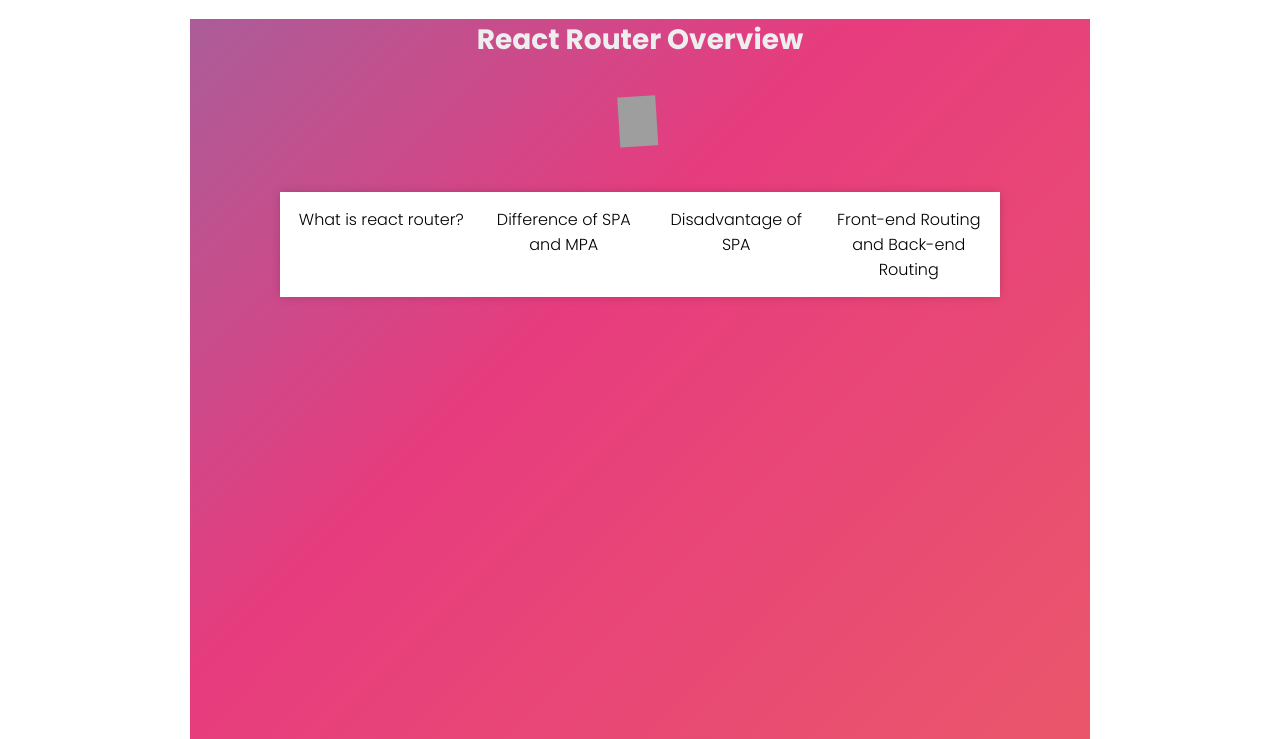
Repository: nguy3nds/2021-18-9-react
Page: /Why
The author's editor kept a copy of each file at every save. The page is drawn from the files as they stood at one save, then again after the next save.
The browser window is 1280 px wide. The pictures show the whole page.
Pictures or frames that could not be fetched are drawn as grey boxes. The project was rebuilt for these pictures with package versions that can differ from the ones it lists, and the page was loaded fresh each time. Also part of the build but not shown: src/components/What.js, src/components/Why.js, src/components/How.js, src/components/Tung.js.

Above is the page before, as saved 2021-09-20 08:44:27.

### src/App.js
import React from "react";
import { BrowserRouter as Router, Switch, Route, Link } from "react-router-dom";
import "./App.css";
import What from "./components/What.js";
import How from "./components/Why";
import Why from "./components/How";
import Tung from "./components/Tung";

import styled, { keyframes } from "styled-components";
const logo =
  "https://lh6.googleusercontent.com/m9VlRb9FHZcqWTBz0msD2FZGpSQs84aAOwwniApLbL1oZWSDJsg4opq2uc81QzPWDtx5QJ2DeO12CFeol6vqJXcSOyp10LGoOW3K_wXIp3UDuQt1XhXE5KeUC8Epkj2hO51asKYe";

export default function App() {
  return (
    <Router>
      <DivContainer>
        <h1>React Router Overview</h1>
        <Rotate>
          <img
            src={logo}
            className="App-logo"
            alt="logo"
            style={{ width: "50px" }}
          />
        </Rotate>
        <nav>
          <ul className="menu">
            <li className="menu-item has-child">
              <Link to="/Nguyen">What is react router?</Link>
            </li>
            <li className="menu-item has-child">
              <Link to="/Mai">Difference of SPA and MPA</Link>
            </li>
            <li className="menu-item has-child">
              <Link to="/Nam">Disadvantage of SPA</Link>
            </li>
            <li className="menu-item has-child">
              <Link to="/Tung">Front-end Routing and Back-end Routing</Link>
            </li>
          </ul>
        </nav>

        <Switch>
          <Route path="/Nguyen">
            <What />
          </Route>
          <Route path="/Mai">
            <Why />
          </Route>
          <Route path="/Nam">
            <How />
          </Route>
          <Route path="/Tung">
            <Tung />
          </Route>
        </Switch>
      </DivContainer>
    </Router>
  );
}

const gradient = keyframes`
	0% {
		background-position: 0% 50%;
	}
	50% {
		background-position: 100% 50%;
	}
	100% {
		background-position: 0% 50%;
	}
`;

const DivContainer = styled.div`
  margin: 0 auto;
  padding-top: 0;
  text-align: center;
  min-height: 100vh;
  color: #eee;
  background: linear-gradient(-45deg, #ee7752, #e73c7e, #23a6d5, #23d5ab);
  background-size: 400% 400%;
  animation: ${gradient} 15s ease infinite;
  padding-bottom: 100px;
`;

const rotate360 = keyframes`
  from {
    transform: rotate(0deg);
  }

  to {
    transform: rotate(360deg);
  }
`;

const Rotate = styled.div`
  display: inline-block;
  animation: ${rotate360} 2s linear infinite;
  padding: 2rem 1rem;
  font-size: 1.2rem;
`;

### src/App.css
@import url("https://fonts.googleapis.com/css2?family=Poppins:wght@300;400;600;700&display=swap");
:root {
  --primary: #08aeea;
  --secondary: #13d2b8;
  --purple: #bd93f9;
  --pink: #ff6bcb;
  --blue: #8be9fd;
  --gray: #333;
  --font: "Poppins", sans-serif;
  --gradient: linear-gradient(40deg, #ff6ec4, #7873f5);
  --shadow: 0 0 15px 0 rgba(0, 0, 0, 0.05);
}
*,
*:before,
*:after {
  box-sizing: border-box;
}
html {
  font-size: 62.5%;
  text-align: center;
}

body {
  font-family: var(--font);
  font-size: 1.4rem;
  overflow-x: hidden;
  font-weight: 300;
  width: 900px;
  margin: 0 auto;
}

img {
  max-width: 100%;
}

a {
  text-decoration: none;
  font-family: var(--font);
  font-size: 1.6rem;
  color: black;
}

input,
button,
textarea,
select {
  font-family: var(--font);
  font-size: 1.4rem;
  font-weight: 300;
  outline: none;
  border: 0;
  margin: 0;
  padding: 0;
  border-radius: 0;
  -webkit-appearance: none;
}

button {
  cursor: pointer;
}

.menu {
  position: relative;
  max-width: 800px;
  margin: 30px auto;
  display: grid;
  grid-template-columns: 1fr 1fr 1fr 1fr;
  justify-content: center;
  background-color: white;
  padding: 1.5rem;
  box-shadow: 0 0 10px -2px rgba(0, 0, 0, 0.25);
}

.menu-link {
  font-size: 1.4rem;
  color: #918eae;
  display: block;
}
.menu-link:hover {
  color: #202842;
}

.menu-child-link {
  display: flex;
  align-items: center;
  justify-content: space-between;
  padding: 1.5rem;
  color: #918eae;
}
.menu-child-item {
  position: relative;
}
.menu-child-link:hover {
  color: #202842;
}

.menu-toggle {
  display: none;
}
.nav {
  position: relative;
}
.arrow-right {
  display: none;
}
@media screen and (min-width: 1024px) {
  .arrow-down {
    display: none;
  }
  .arrow-right {
    display: block;
  }
  .menu-item:not(:first-child) {
    margin-left: 2rem;
  }
  .menu-child {
    position: absolute;
    top: 100%;
    left: 0;
    margin-top: 1rem;
    min-width: 20rem;
    background-color: white;
    box-shadow: var(--shadow);
    display: none;
  }
  .menu-child:before {
    content: "";
    position: absolute;
    top: 0;
    left: 0;
    width: 100%;
    height: 1rem;
    background-color: transparent;
    transform: translateY(-100%);
  }
  .menu-child1 {
    top: 0;
    left: 100%;
    margin-top: 0;
  }
  .menu-item.has-child:hover > .menu-child {
    display: block;
  }
  .menu-child-item.has-child:hover > .menu-child {
    display: block;
  }
}

ul {
  padding: 0;
  width: 80%;
  margin: 0 auto;
}

ul li {
  list-style: none;
  padding: 0;
}
@media screen and (max-width: 1023px) {
  .menu {
    position: absolute;
    right: 0;
    top: 100%;
    min-width: 20rem;
    background-color: white;
    box-shadow: var(--shadow);
    flex-direction: column;
    display: none;
    z-index: 100;
  }
  .menu.show,
  .menu-child.show {
    display: block;
  }
  .menu-item:not(:last-child) {
    border-bottom: 1px solid #eee;
  }
  .menu-link {
    padding: 1.5rem;
    display: flex;
    justify-content: space-between;
    align-items: center;
  }
  .menu-child {
    display: none;
    background-color: #f6f6f6;
  }
  .menu-child1 {
    background-color: #eee;
  }
  .menu-toggle {
    width: max-content;
    font-size: 2rem;
    display: block;
    margin-left: auto;
    cursor: pointer;
  }
}

Loaded but not shown: public/index.html (common file); src/index.js (common file); src/index.css (common file); src/reportWebVitals.js (common file)

After the next save:
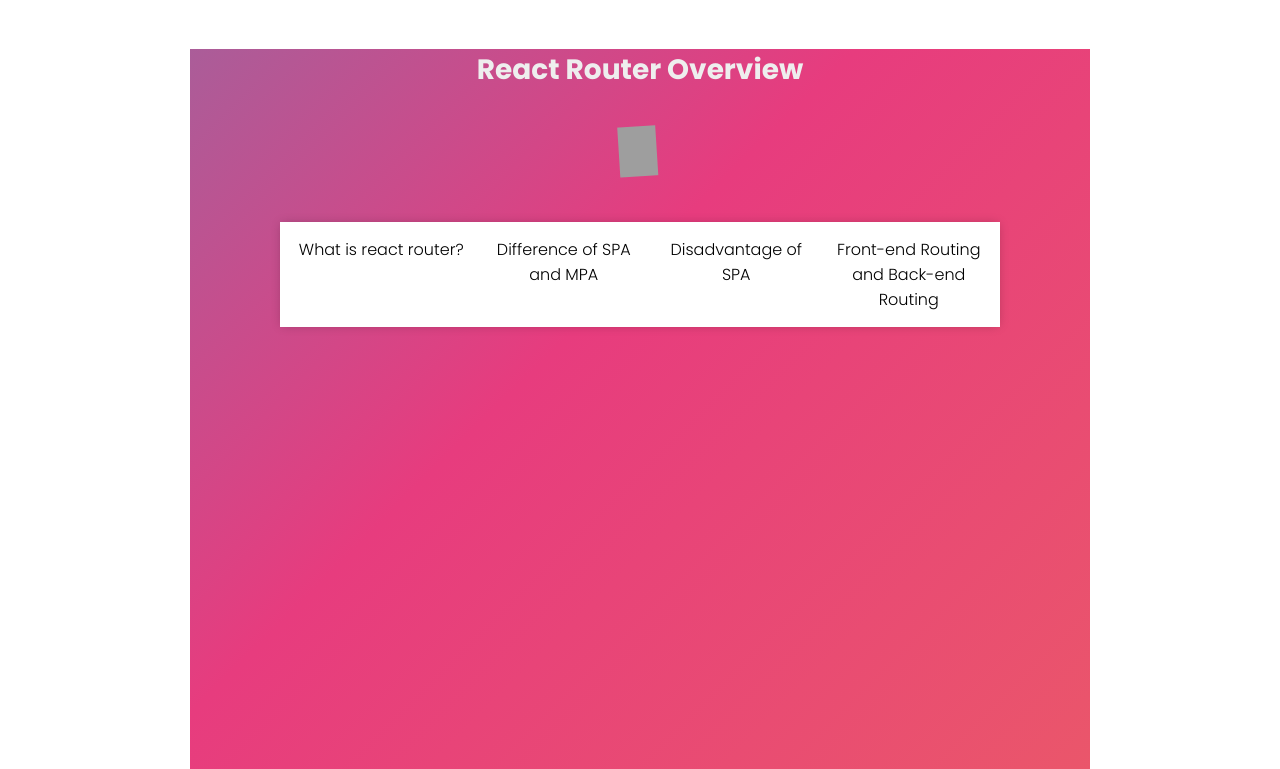
Saved 60 s later.
--- a/src/App.css
+++ b/src/App.css
@@ -27,6 +27,7 @@
   font-weight: 300;
   width: 900px;
   margin: 0 auto;
+  padding-top: 30px;
 }
 
 img {

After the save that followed:
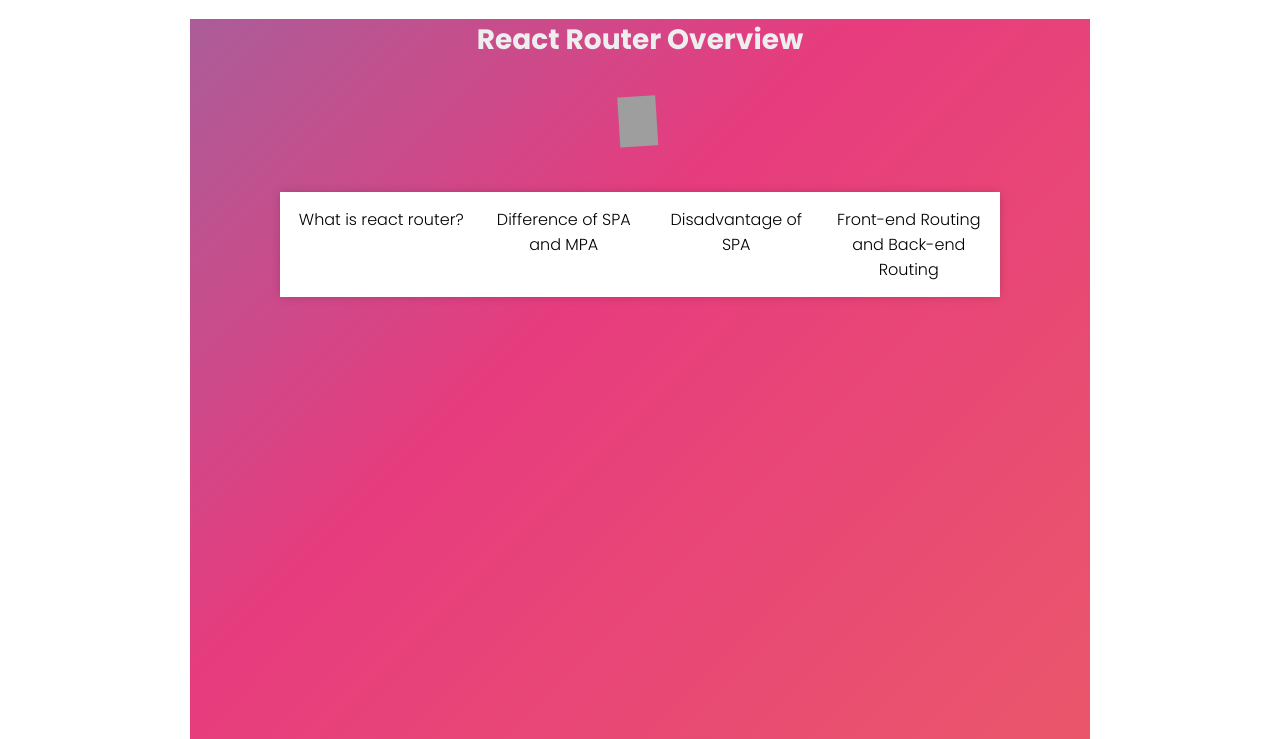
Saved 6 s later.
--- a/src/App.css
+++ b/src/App.css
@@ -27,7 +27,7 @@
   font-weight: 300;
   width: 900px;
   margin: 0 auto;
-  padding-top: 30px;
+  padding-top: 0px;
 }
 
 img {
